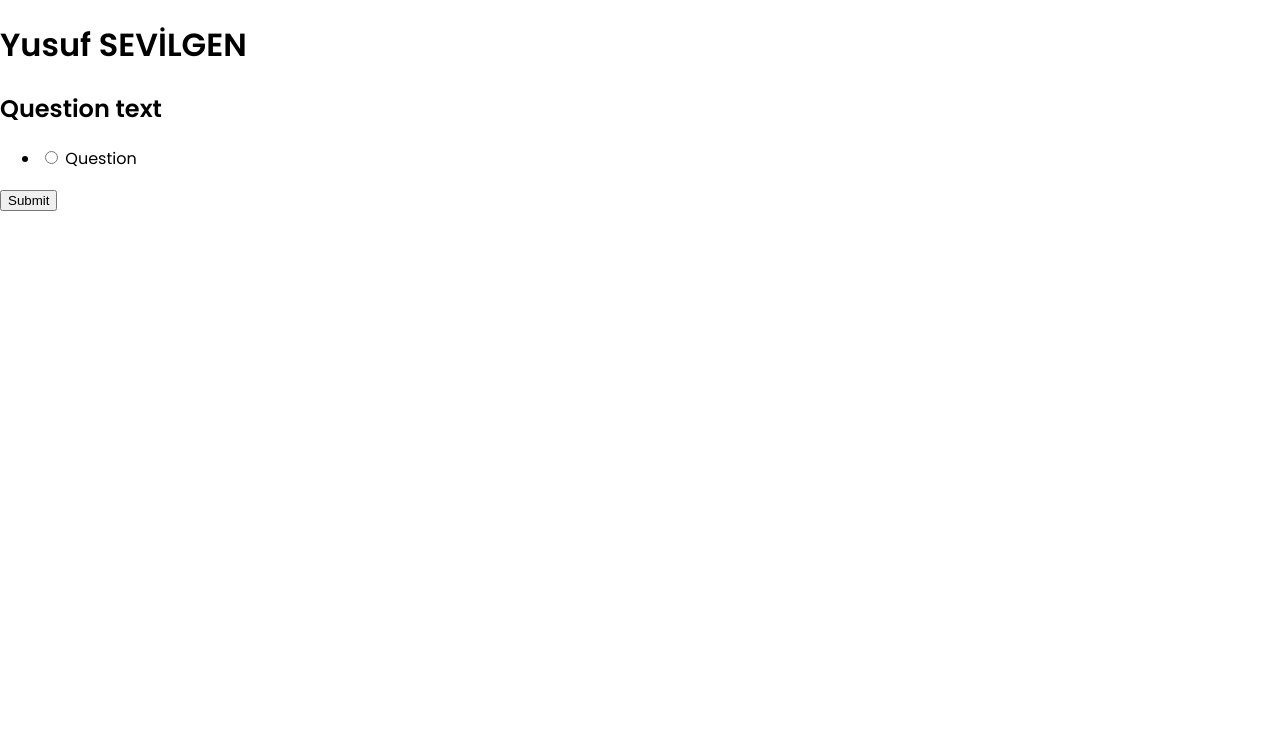
Repository: sevilgenysf/javascript-two
Page: index.html
The author's editor kept a copy of each file at every save. The page is drawn from the files as they stood at one save, then again after the next save.
The browser window is 1280 px wide. The pictures show the whole page.

Above is the page before, as saved 2022-02-24 16:23:44.
Console error: SyntaxError: Unexpected token '{'

After the next save:
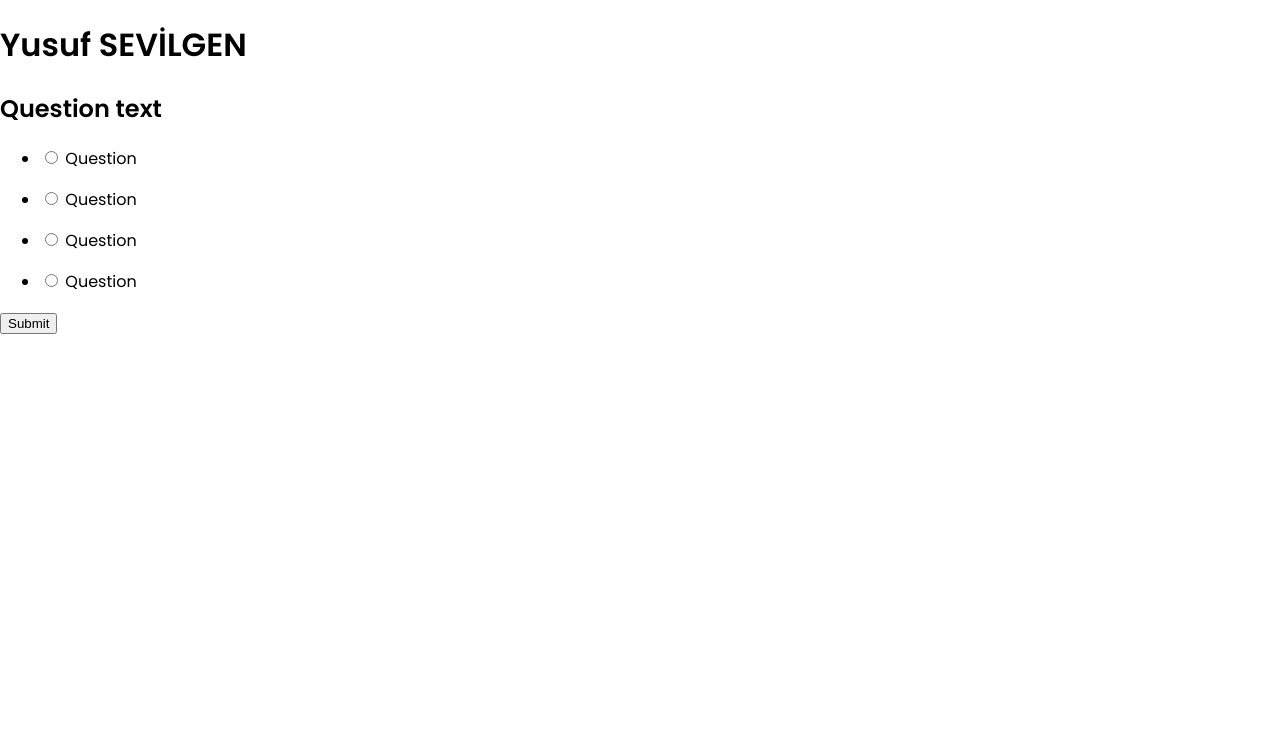
Saved 11 s later.
--- a/index.html
+++ b/index.html
@@ -21,6 +21,24 @@
 					<label for="a">Question</label>
 				</li>
 			</ul>
+			<ul>
+				<li>
+					<input type="radio" id="a" name="answer">
+					<label for="a">Question</label>
+				</li>
+			</ul>
+			<ul>
+				<li>
+					<input type="radio" id="a" name="answer">
+					<label for="a">Question</label>
+				</li>
+			</ul>
+			<ul>
+				<li>
+					<input type="radio" id="a" name="answer">
+					<label for="a">Question</label>
+				</li>
+			</ul>
 			<button>Submit</button>
 		</div>
 	</div>
